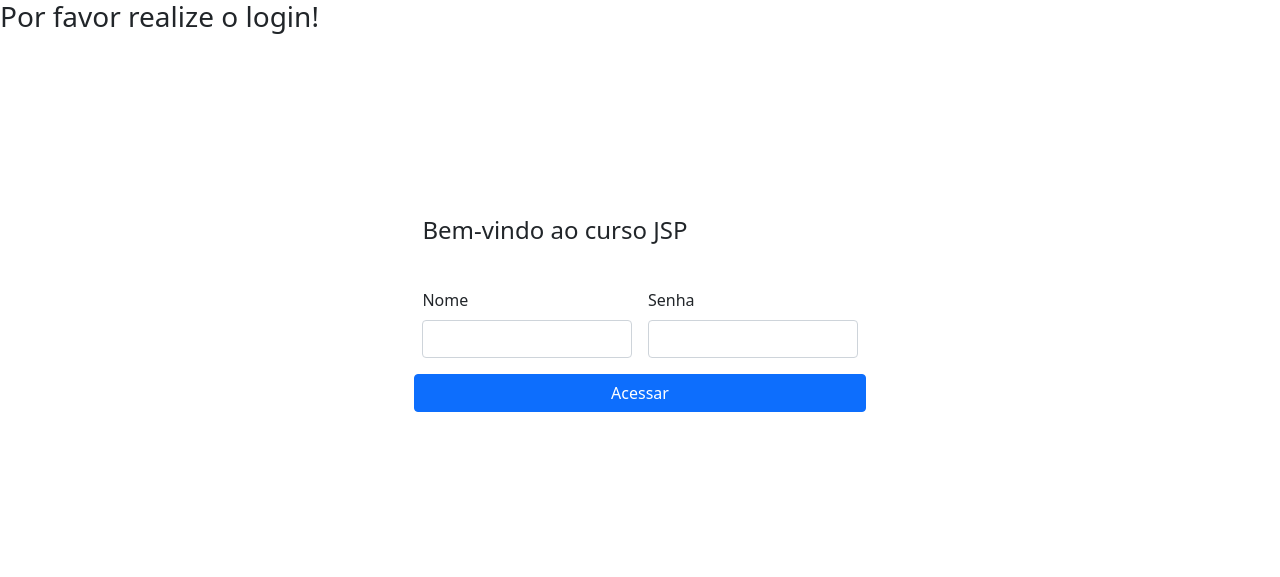
Repository: wdnzs/EstudoJSP
Page: http://localhost/curso-jsp/principal/erro.jsp
These files come from the project's save history. The page is drawn as it stood at one moment and after the next save; the edit follows.
The browser window is 1280 px wide. The pictures show the whole page.
The page is served by Tomcat 9.

Above is the page before, as saved 2021-09-07 02:24:27.

After the next save:
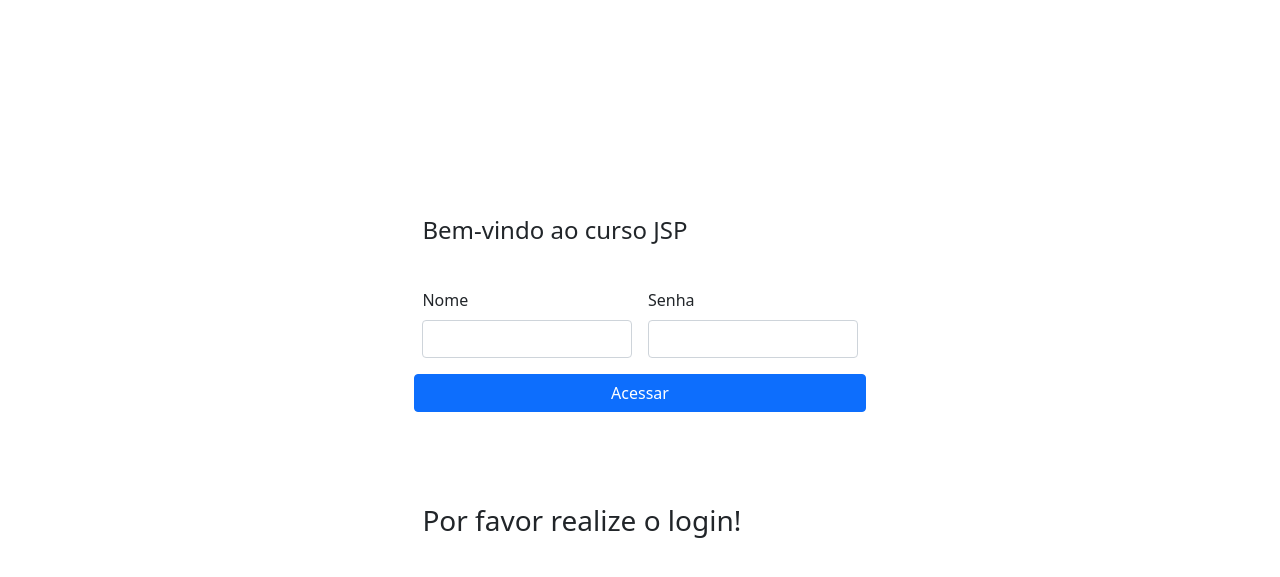
Saved 44 s later.
--- a/curso-jsp/src/main/webapp/index.jsp
+++ b/curso-jsp/src/main/webapp/index.jsp
@@ -26,8 +26,8 @@ h4{
 }
 
 h3{
-	position: bottom;
-	top: 30%;
+	position: absolute;
+	top: 70%;
 	left: 33%;
 }
 
